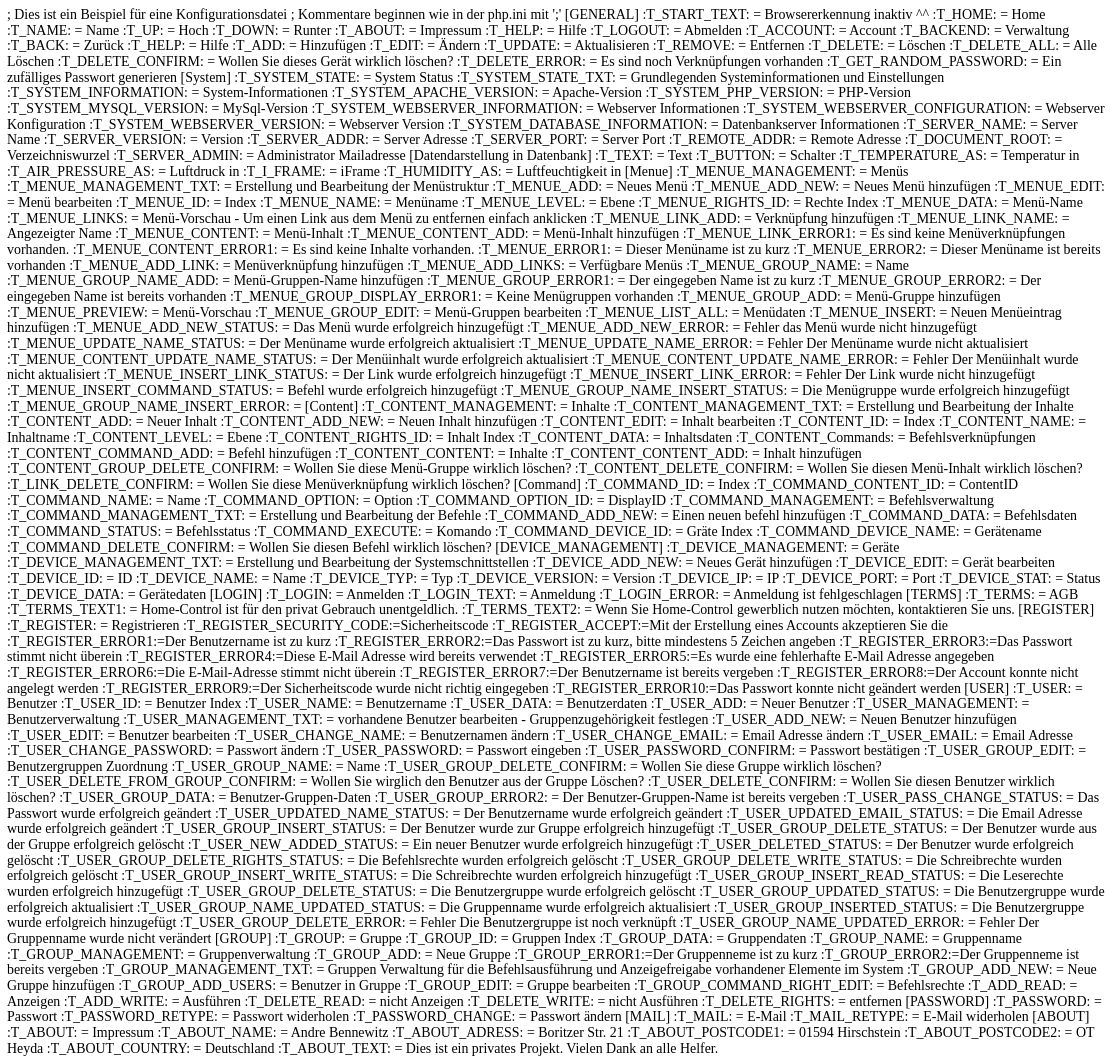
Repository: 0xF3ERROR/Home-Control
Page: http://localhost/language/lang_Ger.php
These files come from the project's save history. The page is drawn as it stood at one moment and after the next save; the edit follows.
The browser window is 1280 px wide. The pictures show the whole page, at 87% of full size.
The page is run by PHP 8.4 with error messages shown; the project is at /var/www/html/.

Above is the page before, as saved 2012-09-17 20:46:42.

### Source/language/lang_Ger.php
; Dies ist ein Beispiel für eine Konfigurationsdatei
; Kommentare beginnen wie in der php.ini mit ';'


[GENERAL]
:T_START_TEXT: = Browsererkennung inaktiv ^^
:T_HOME: = Home
:T_NAME: = Name
:T_UP: = Hoch
:T_DOWN: = Runter
:T_ABOUT: = Impressum
:T_HELP: = Hilfe
:T_LOGOUT: = Abmelden
:T_ACCOUNT: = Account
:T_BACKEND: = Verwaltung
:T_BACK: = Zurück
:T_HELP: = Hilfe
:T_ADD: = Hinzufügen
:T_EDIT: = Ändern
:T_UPDATE: = Aktualisieren
:T_REMOVE: = Entfernen
:T_DELETE: = Löschen
:T_DELETE_ALL: = Alle Löschen
:T_DELETE_CONFIRM: = Wollen Sie dieses Gerät wirklich löschen?
:T_DELETE_ERROR: = Es sind noch Verknüpfungen vorhanden
:T_GET_RANDOM_PASSWORD: = Ein zufälliges Passwort generieren


[System]
:T_SYSTEM_STATE: = System Status
:T_SYSTEM_STATE_TXT: = Grundlegenden Systeminformationen und Einstellungen
:T_SYSTEM_INFORMATION: = System-Informationen
:T_SYSTEM_APACHE_VERSION: = Apache-Version
:T_SYSTEM_PHP_VERSION: = PHP-Version
:T_SYSTEM_MYSQL_VERSION: = MySql-Version
:T_SYSTEM_WEBSERVER_INFORMATION: = Webserver Informationen
:T_SYSTEM_WEBSERVER_CONFIGURATION: = Webserver Konfiguration
:T_SYSTEM_WEBSERVER_VERSION: = Webserver Version
:T_SYSTEM_DATABASE_INFORMATION: = Datenbankserver Informationen
:T_SERVER_NAME: = Server Name
:T_SERVER_VERSION: = Version
:T_SERVER_ADDR: = Server Adresse
:T_SERVER_PORT: = Server Port
:T_REMOTE_ADDR: = Remote Adresse
:T_DOCUMENT_ROOT: = Verzeichniswurzel
:T_SERVER_ADMIN: = Administrator Mailadresse





[Datendarstellung in Datenbank]
:T_TEXT: = Text
:T_BUTTON: = Schalter
:T_TEMPERATURE_AS: = Temperatur in
:T_AIR_PRESSURE_AS: = Luftdruck in
:T_I_FRAME: = iFrame
:T_HUMIDITY_AS: = Luftfeuchtigkeit in



[Menue]
:T_MENUE_MANAGEMENT: = Menüs
:T_MENUE_MANAGEMENT_TXT: = Erstellung und Bearbeitung der Menüstruktur
:T_MENUE_ADD: = Neues Menü
:T_MENUE_ADD_NEW: = Neues Menü hinzufügen
:T_MENUE_EDIT: = Menü bearbeiten
:T_MENUE_ID: = Index
:T_MENUE_NAME: = Menüname
:T_MENUE_LEVEL: = Ebene
:T_MENUE_RIGHTS_ID: = Rechte Index
:T_MENUE_DATA: = Menü-Name
:T_MENUE_LINKS: = Menü-Vorschau - Um einen Link aus dem Menü zu entfernen einfach anklicken
:T_MENUE_LINK_ADD: = Verknüpfung hinzufügen
:T_MENUE_LINK_NAME: = Angezeigter Name
:T_MENUE_CONTENT: = Menü-Inhalt
:T_MENUE_CONTENT_ADD: = Menü-Inhalt hinzufügen
:T_MENUE_LINK_ERROR1: = Es sind keine Menüverknüpfungen vorhanden.
:T_MENUE_CONTENT_ERROR1: = Es sind keine Inhalte vorhanden.
:T_MENUE_ERROR1: = Dieser Menüname ist zu kurz
:T_MENUE_ERROR2: = Dieser Menüname ist bereits vorhanden
:T_MENUE_ADD_LINK: = Menüverknüpfung hinzufügen
:T_MENUE_ADD_LINKS: = Verfügbare Menüs
:T_MENUE_GROUP_NAME: = Name
:T_MENUE_GROUP_NAME_ADD: = Menü-Gruppen-Name hinzufügen
:T_MENUE_GROUP_ERROR1: = Der eingegeben Name ist zu kurz
:T_MENUE_GROUP_ERROR2: = Der eingegeben Name ist bereits vorhanden
:T_MENUE_GROUP_DISPLAY_ERROR1: = Keine Menügruppen vorhanden
:T_MENUE_GROUP_ADD: = Menü-Gruppe hinzufügen
:T_MENUE_PREVIEW: = Menü-Vorschau
:T_MENUE_GROUP_EDIT: = Menü-Gruppen bearbeiten
:T_MENUE_LIST_ALL: = Menüdaten
:T_MENUE_INSERT: = Neuen Menüeintrag hinzufügen
:T_MENUE_ADD_NEW_STATUS: = Das Menü wurde erfolgreich hinzugefügt
:T_MENUE_ADD_NEW_ERROR: = Fehler das Menü wurde nicht hinzugefügt
:T_MENUE_UPDATE_NAME_STATUS: = Der Menüname wurde erfolgreich aktualisiert
:T_MENUE_UPDATE_NAME_ERROR: = Fehler Der Menüname wurde nicht aktualisiert
:T_MENUE_CONTENT_UPDATE_NAME_STATUS: = Der Menüinhalt wurde erfolgreich aktualisiert
:T_MENUE_CONTENT_UPDATE_NAME_ERROR: = Fehler Der Menüinhalt wurde nicht aktualisiert
:T_MENUE_INSERT_LINK_STATUS: = Der Link wurde erfolgreich hinzugefügt
:T_MENUE_INSERT_LINK_ERROR: = Fehler Der Link wurde nicht hinzugefügt
:T_MENUE_INSERT_COMMAND_STATUS: = Befehl wurde erfolgreich hinzugefügt
:T_MENUE_GROUP_NAME_INSERT_STATUS: = Die Menügruppe wurde erfolgreich hinzugefügt
:T_MENUE_GROUP_NAME_INSERT_ERROR: =






[Content]
:T_CONTENT_MANAGEMENT: = Inhalte
:T_CONTENT_MANAGEMENT_TXT: = Erstellung und Bearbeitung der Inhalte
:T_CONTENT_ADD: = Neuer Inhalt
:T_CONTENT_ADD_NEW: = Neuen Inhalt hinzufügen
:T_CONTENT_EDIT: = Inhalt bearbeiten
:T_CONTENT_ID: = Index
:T_CONTENT_NAME: = Inhaltname
:T_CONTENT_LEVEL: = Ebene
:T_CONTENT_RIGHTS_ID: = Inhalt Index
:T_CONTENT_DATA: = Inhaltsdaten
:T_CONTENT_Commands: = Befehlsverknüpfungen
:T_CONTENT_COMMAND_ADD: = Befehl hinzufügen
:T_CONTENT_CONTENT: = Inhalte
:T_CONTENT_CONTENT_ADD: = Inhalt hinzufügen
:T_CONTENT_GROUP_DELETE_CONFIRM: = Wollen Sie diese Menü-Gruppe wirklich löschen?
:T_CONTENT_DELETE_CONFIRM: = Wollen Sie diesen Menü-Inhalt wirklich löschen?
:T_LINK_DELETE_CONFIRM: = Wollen Sie diese Menüverknüpfung wirklich löschen?



[Command]
:T_COMMAND_ID: = Index
:T_COMMAND_CONTENT_ID: = ContentID
:T_COMMAND_NAME: = Name
:T_COMMAND_OPTION: = Option
:T_COMMAND_OPTION_ID: = DisplayID
:T_COMMAND_MANAGEMENT: = Befehlsverwaltung
:T_COMMAND_MANAGEMENT_TXT: = Erstellung und Bearbeitung der Befehle
:T_COMMAND_ADD_NEW: = Einen neuen befehl hinzufügen
:T_COMMAND_DATA: = Befehlsdaten
:T_COMMAND_STATUS: = Befehlsstatus
:T_COMMAND_EXECUTE: = Komando
:T_COMMAND_DEVICE_ID: = Gräte Index
:T_COMMAND_DEVICE_NAME: = Gerätename
:T_COMMAND_DELETE_CONFIRM: = Wollen Sie diesen Befehl wirklich löschen?


[DEVICE_MANAGEMENT]
:T_DEVICE_MANAGEMENT: = Geräte
:T_DEVICE_MANAGEMENT_TXT: = Erstellung und Bearbeitung der Systemschnittstellen
:T_DEVICE_ADD_NEW: = Neues Gerät hinzufügen
:T_DEVICE_EDIT: = Gerät bearbeiten
:T_DEVICE_ID: = ID
:T_DEVICE_NAME: = Name
:T_DEVICE_TYP: = Typ
:T_DEVICE_VERSION: = Version
:T_DEVICE_IP: = IP
:T_DEVICE_PORT: = Port
:T_DEVICE_STAT: = Status
:T_DEVICE_DATA: = Gerätedaten


[LOGIN]
:T_LOGIN: = Anmelden
:T_LOGIN_TEXT: = Anmeldung
:T_LOGIN_ERROR: = Anmeldung ist fehlgeschlagen


[TERMS]
:T_TERMS: = AGB
:T_TERMS_TEXT1: = Home-Control ist für den privat Gebrauch unentgeldlich.
:T_TERMS_TEXT2: = Wenn Sie Home-Control gewerblich nutzen möchten, kontaktieren Sie uns.


[REGISTER]
:T_REGISTER: = Registrieren
:T_REGISTER_SECURITY_CODE:=Sicherheitscode
:T_REGISTER_ACCEPT:=Mit der Erstellung eines Accounts akzeptieren Sie die
:T_REGISTER_ERROR1:=Der Benutzername ist zu kurz
:T_REGISTER_ERROR2:=Das Passwort ist zu kurz, bitte mindestens 5 Zeichen angeben
:T_REGISTER_ERROR3:=Das Passwort stimmt nicht überein
:T_REGISTER_ERROR4:=Diese E-Mail Adresse wird bereits verwendet
:T_REGISTER_ERROR5:=Es wurde eine fehlerhafte E-Mail Adresse angegeben
:T_REGISTER_ERROR6:=Die E-Mail-Adresse stimmt nicht überein
:T_REGISTER_ERROR7:=Der Benutzername ist bereits vergeben
:T_REGISTER_ERROR8:=Der Account konnte nicht angelegt werden
:T_REGISTER_ERROR9:=Der Sicherheitscode wurde nicht richtig eingegeben
:T_REGISTER_ERROR10:=Das Passwort konnte nicht geändert werden


[USER]
:T_USER: = Benutzer
:T_USER_ID: = Benutzer Index
:T_USER_NAME: = Benutzername
:T_USER_DATA: = Benutzerdaten
:T_USER_ADD: = Neuer Benutzer
:T_USER_MANAGEMENT: = Benutzerverwaltung
:T_USER_MANAGEMENT_TXT: = vorhandene Benutzer bearbeiten - Gruppenzugehörigkeit festlegen
:T_USER_ADD_NEW: = Neuen Benutzer hinzufügen
:T_USER_EDIT: = Benutzer bearbeiten
:T_USER_CHANGE_NAME: = Benutzernamen ändern
:T_USER_CHANGE_EMAIL: = Email Adresse ändern
:T_USER_EMAIL: = Email Adresse
:T_USER_CHANGE_PASSWORD: = Passwort ändern
:T_USER_PASSWORD: = Passwort eingeben
:T_USER_PASSWORD_CONFIRM: = Passwort bestätigen
:T_USER_GROUP_EDIT: = Benutzergruppen Zuordnung
:T_USER_GROUP_NAME: = Name
:T_USER_GROUP_DELETE_CONFIRM: = Wollen Sie diese Gruppe wirklich löschen?
:T_USER_DELETE_FROM_GROUP_CONFIRM: = Wollen Sie wirglich den Benutzer aus der Gruppe Löschen?
:T_USER_DELETE_CONFIRM: = Wollen Sie diesen Benutzer wirklich löschen?
:T_USER_GROUP_DATA: = Benutzer-Gruppen-Daten
:T_USER_GROUP_ERROR2: = Der Benutzer-Gruppen-Name ist bereits vergeben


:T_USER_PASS_CHANGE_STATUS: = Das Passwort wurde erfolgreich geändert
:T_USER_UPDATED_NAME_STATUS: = Der Benutzername wurde erfolgreich geändert
:T_USER_UPDATED_EMAIL_STATUS: = Die Email Adresse wurde erfolgreich geändert

:T_USER_GROUP_INSERT_STATUS: = Der Benutzer wurde zur Gruppe erfolgreich hinzugefügt
:T_USER_GROUP_DELETE_STATUS: = Der Benutzer wurde aus der Gruppe erfolgreich gelöscht
:T_USER_NEW_ADDED_STATUS: = Ein neuer Benutzer wurde erfolgreich hinzugefügt
:T_USER_DELETED_STATUS: = Der Benutzer wurde erfolgreich gelöscht

:T_USER_GROUP_DELETE_RIGHTS_STATUS: = Die Befehlsrechte wurden erfolgreich gelöscht
:T_USER_GROUP_DELETE_WRITE_STATUS: = Die Schreibrechte wurden erfolgreich gelöscht
:T_USER_GROUP_INSERT_WRITE_STATUS: = Die Schreibrechte wurden erfolgreich hinzugefügt
:T_USER_GROUP_INSERT_READ_STATUS: = Die Leserechte wurden erfolgreich hinzugefügt
:T_USER_GROUP_DELETE_STATUS: = Die Benutzergruppe wurde erfolgreich gelöscht
:T_USER_GROUP_UPDATED_STATUS: = Die Benutzergruppe wurde erfolgreich aktualisiert
:T_USER_GROUP_NAME_UPDATED_STATUS: = Die Gruppenname wurde erfolgreich aktualisiert
:T_USER_GROUP_INSERTED_STATUS: = Die Benutzergruppe wurde erfolgreich hinzugefügt
:T_USER_GROUP_DELETE_ERROR: = Fehler Die Benutzergruppe ist noch verknüpft
:T_USER_GROUP_NAME_UPDATED_ERROR: = Fehler Der Gruppenname wurde nicht verändert




[GROUP]
:T_GROUP: = Gruppe
:T_GROUP_ID: = Gruppen Index
:T_GROUP_DATA: = Gruppendaten
:T_GROUP_NAME: = Gruppenname
:T_GROUP_MANAGEMENT: = Gruppenverwaltung
:T_GROUP_ADD: = Neue Gruppe
:T_GROUP_ERROR1:=Der Gruppenneme ist zu kurz
:T_GROUP_ERROR2:=Der Gruppenneme ist bereits vergeben
:T_GROUP_MANAGEMENT_TXT: = Gruppen Verwaltung für die Befehlsausführung und Anzeigefreigabe vorhandener Elemente im System
:T_GROUP_ADD_NEW: = Neue Gruppe hinzufügen
:T_GROUP_ADD_USERS: = Benutzer in Gruppe
:T_GROUP_EDIT: = Gruppe bearbeiten
:T_GROUP_COMMAND_RIGHT_EDIT: = Befehlsrechte
:T_ADD_READ: = Anzeigen
:T_ADD_WRITE: = Ausführen
:T_DELETE_READ: = nicht Anzeigen
:T_DELETE_WRITE: = nicht Ausführen
:T_DELETE_RIGHTS: = entfernen

[PASSWORD]
:T_PASSWORD: = Passwort
:T_PASSWORD_RETYPE: = Passwort widerholen
:T_PASSWORD_CHANGE: = Passwort ändern


[MAIL]
:T_MAIL: = E-Mail
:T_MAIL_RETYPE: = E-Mail widerholen


[ABOUT]
:T_ABOUT: = Impressum
:T_ABOUT_NAME: = Andre Bennewitz
:T_ABOUT_ADRESS: = Boritzer Str. 21
:T_ABOUT_POSTCODE1: = 01594 Hirschstein
:T_ABOUT_POSTCODE2: = OT Heyda
:T_ABOUT_COUNTRY: = Deutschland
:T_ABOUT_TEXT: = Dies ist ein privates Projekt. Vielen Dank an alle Helfer.

After the next save:
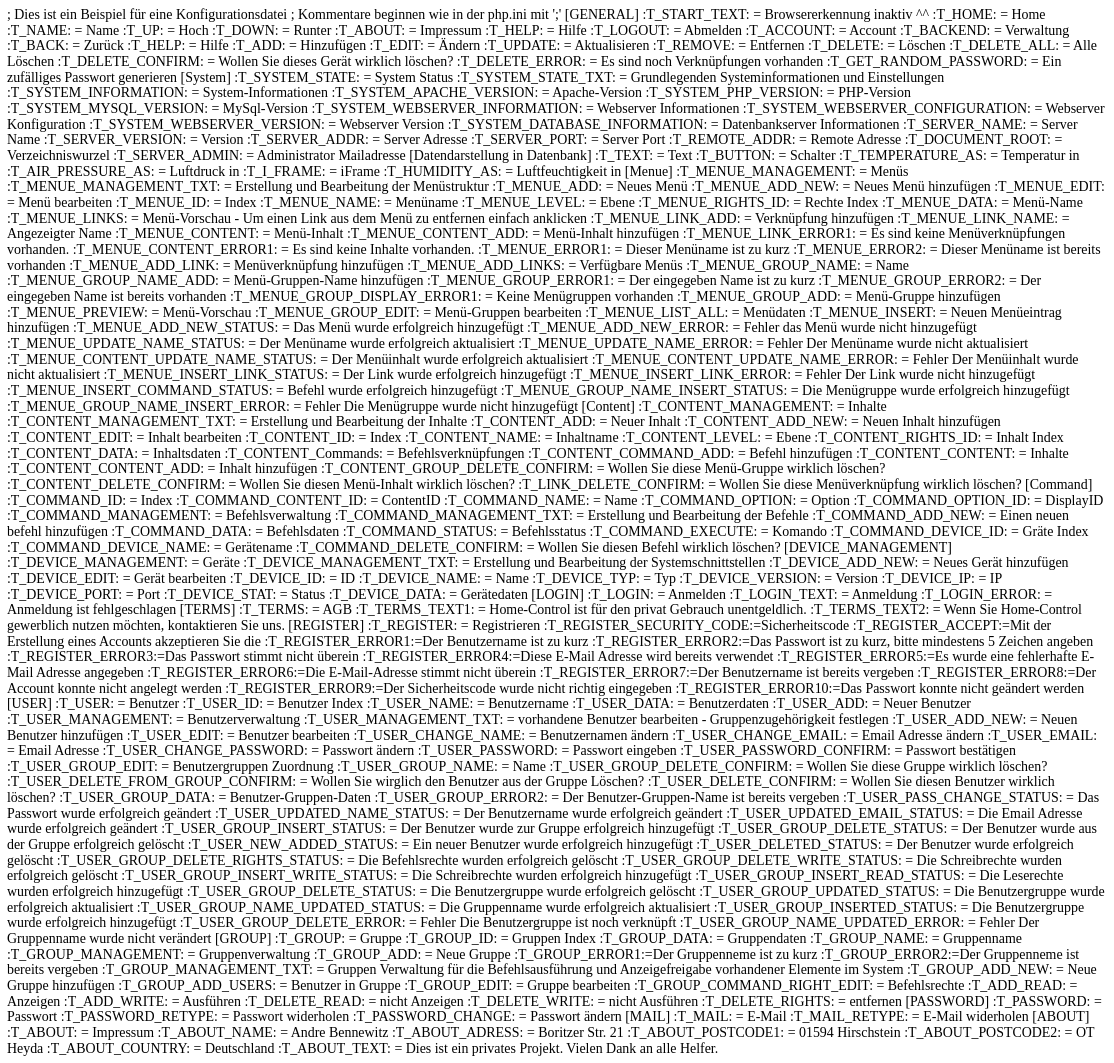
Saved 21 s later.
--- a/Source/language/lang_Ger.php
+++ b/Source/language/lang_Ger.php
@@ -101,7 +101,7 @@
 :T_MENUE_INSERT_LINK_ERROR: = Fehler Der Link wurde nicht hinzugefügt
 :T_MENUE_INSERT_COMMAND_STATUS: = Befehl wurde erfolgreich hinzugefügt
 :T_MENUE_GROUP_NAME_INSERT_STATUS: = Die Menügruppe wurde erfolgreich hinzugefügt
-:T_MENUE_GROUP_NAME_INSERT_ERROR: =
+:T_MENUE_GROUP_NAME_INSERT_ERROR: = Fehler Die Menügruppe wurde nicht hinzugefügt
 
 
 
